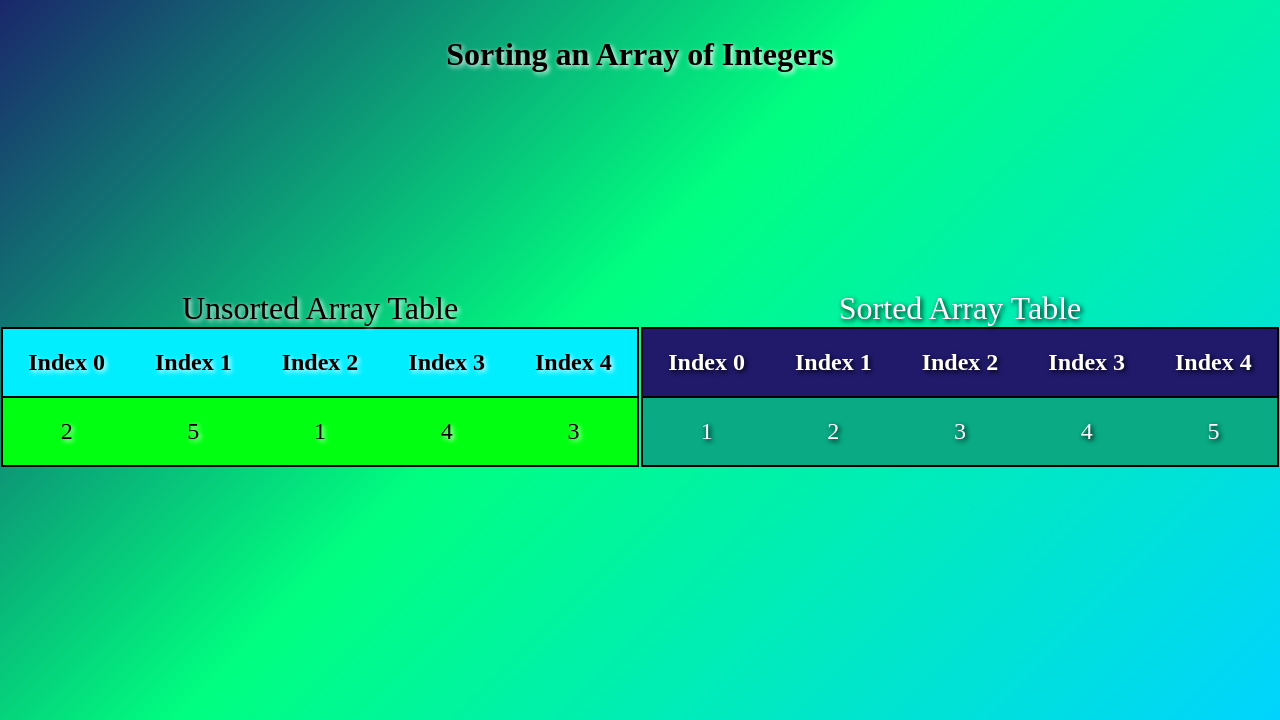
Repository: mlmEFSC21/P16-Sorting-Integers
Page: sort.html
The author's editor kept a copy of each file at every save. The page is drawn from the files as they stood at one save, then again after the next save.
The browser window is 1280 px wide. The pictures show the whole page.

Above is the page before, as saved 2022-03-24 19:30:26.

### sort.html
<!DOCTYPE html>
<html lang="en">
    <head>
        <meta charset="UTF-8" />
        <meta http-equiv="X-UA-Compatible" content="IE=edge" />
        <meta name="viewport" content="width=device-width, initial-scale=1.0" />
        <link rel="stylesheet" href="sort.css" />
        <!-- <script defer src="sort.js"></script> -->
        <title>Array Sorting</title>
    </head>
    <body>
        <header class="mainHeader">
            <h1>Sorting an Array of Integers</h1>
        </header>
        <section>
            <div class="arrayContainer" id="arrayContainer">
                <!-- <h2 class="unsorted" id="unsorted">Array 1</h2>
                <h2 class="sorted" id="sorted">Array 2</h2> -->
                <table class="unsortedTable" id="unsortedTable">
                    <caption>
                        Unsorted Array Table
                    </caption>
                    <thead>
                        <tr class="theadRow">
                            <th>Index 0</th>
                            <th>Index 1</th>
                            <th>Index 2</th>
                            <th>Index 3</th>
                            <th>Index 4</th>
                        </tr>
                    </thead>
                    <tbody>
                        <tr>
                            <td>2</td>
                            <td>5</td>
                            <td>1</td>
                            <td>4</td>
                            <td>3</td>
                        </tr>
                    </tbody>
                </table>
                <table class="sortedTable" id="sortedTable">
                    <caption>
                        Sorted Array Table
                    </caption>
                    <thead>
                        <th>Index 0</th>
                        <th>Index 1</th>
                        <th>Index 2</th>
                        <th>Index 3</th>
                        <th>Index 4</th>
                    </thead>
                    <tbody>
                        <tr>
                            <td>1</td>
                            <td>2</td>
                            <td>3</td>
                            <td>4</td>
                            <td>5</td>
                        </tr>
                    </tbody>
                </table>
            </div>
        </section>
    </body>
</html>

### sort.css
:root {
    --clr-background: #00ff8f;
    --clr-primary-T1: hsl(184, 100%, 50%);
    --clr-primary-T2: hsl(245, 61%, 26%);
    --clr-secondary-T1: hsl(124, 100%, 50%);
    --clr-secondary-T2: hsl(166, 90%, 35%);
}
*,
*::after,
*::before {
    box-sizing: border-box;
    margin: 0;
    padding: 0;
}
body {
    font-size: 0.875;
    text-shadow: 2px 2px 5px white;
    background-color: var(--clr-background);
    background-repeat: no-repeat;
    background-size: cover;
    background: linear-gradient(
        135deg,
        rgba(26, 39, 107, 1) 0%,
        rgba(0, 255, 128, 1) 45%,
        rgba(0, 212, 255, 1) 100%
    );
    height: 100vh;
}
.mainHeader {
    height: 15vh;
    display: flex;
    align-items: center;
    justify-content: center;
}
.arrayContainer {
    height: min(75vh, 640px);
    display: flex;
    align-items: center;
    justify-content: space-around;
}
table {
    border-collapse: collapse;
    font-size: 1.5rem;
    border: 2px solid black;
}
caption {
    font-size: 2rem;
}
thead {
    border-bottom: 2px solid black;
}
th {
}
th,
td {
    margin: 10px 15px;
    padding: 20px 25px;
}
.unsortedTable th {
    background-color: var(--clr-primary-T1);
}
.unsortedTable td {
    background-color: var(--clr-secondary-T1);
    text-align: center;
}
.sortedTable {
    color: white;
    text-shadow: 1.75px 1.75px 5px black;
}
.sortedTable th {
    background-color: var(--clr-primary-T2);
}
.sortedTable td {
    background-color: var(--clr-secondary-T2);
    text-align: center;
}

After the next save:
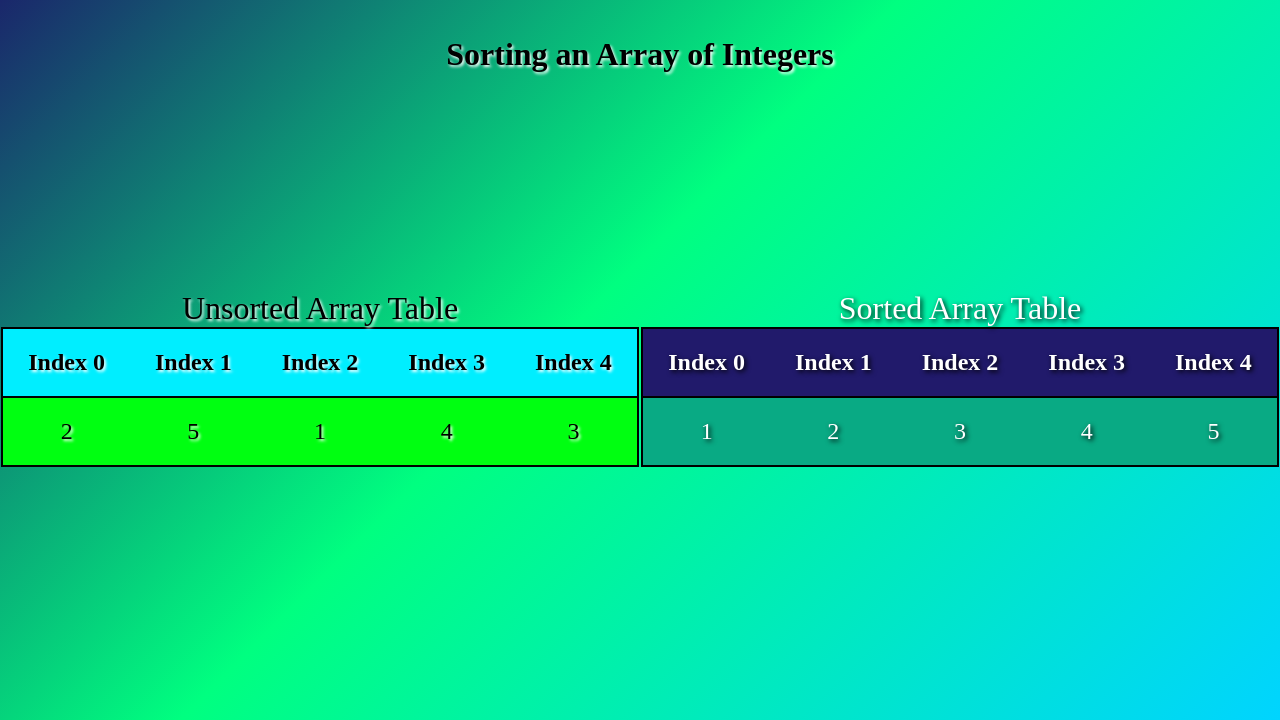
Saved 14 s later.
--- a/sort.css
+++ b/sort.css
@@ -14,7 +14,7 @@
 }
 body {
     font-size: 0.875;
-    text-shadow: 2px 2px 5px white;
+    text-shadow: 1.75px 1.75px 3px white;
     background-color: var(--clr-background);
     background-repeat: no-repeat;
     background-size: cover;
